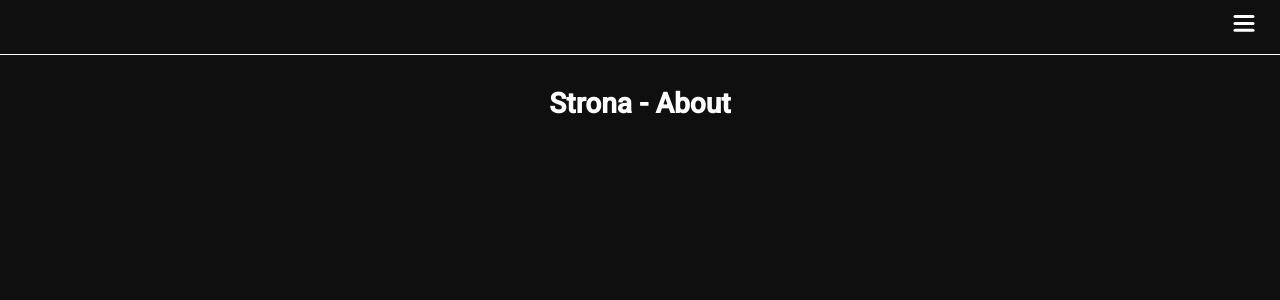
Repository: KrzysKolo/sr_tydzien5_zad3
Page: /About
An editor plug-in stored every save of this project. The page is shown before and after the next save, followed by the edit.
The browser window is 1280 px wide. The pictures show the whole page.
The project was rebuilt for these pictures with package versions that can differ from the ones it lists, and the page was loaded fresh each time. Also part of the build but not shown: src/components/pages/Home.js, src/components/pages/Contact.js, src/components/pages/Products.js.

Above is the page before, as saved 2020-12-31 12:42:49.

### public/index.html
<!DOCTYPE html>
<html lang="en">
  <head>
    <meta charset="utf-8" />
    <link rel="icon" href="%PUBLIC_URL%/favicon.ico" />
    <meta name="viewport" content="width=device-width, initial-scale=1" />
    <meta name="theme-color" content="#000000" />
    <meta
      name="description"
      content="Web site created using create-react-app"
    />
    <link rel="apple-touch-icon" href="%PUBLIC_URL%/logo192.png" />
    <!--
      manifest.json provides metadata used when your web app is installed on a
      user's mobile device or desktop. See https://developers.google.com/web/fundamentals/web-app-manifest/
    -->
    <link rel="manifest" href="%PUBLIC_URL%/manifest.json" />
    <!--
      Notice the use of %PUBLIC_URL% in the tags above.
      It will be replaced with the URL of the `public` folder during the build.
      Only files inside the `public` folder can be referenced from the HTML.

      Unlike "/favicon.ico" or "favicon.ico", "%PUBLIC_URL%/favicon.ico" will
      work correctly both with client-side routing and a non-root public URL.
      Learn how to configure a non-root public URL by running `npm run build`.
    -->
    <link rel="preconnect" href="https://fonts.gstatic.com">
    <link href="https://fonts.googleapis.com/css2?family=Poppins:wght@300;400&family=Roboto:wght@500&display=swap" rel="stylesheet">
    <title>Menu nawigacyjne</title>
  </head>
  <body>
    <noscript>You need to enable JavaScript to run this app.</noscript>
    <div id="root"></div>
    <!--
      This HTML file is a template.
      If you open it directly in the browser, you will see an empty page.

      You can add webfonts, meta tags, or analytics to this file.
      The build step will place the bundled scripts into the <body> tag.

      To begin the development, run `npm start` or `yarn start`.
      To create a production bundle, use `npm run build` or `yarn build`.
    -->
  </body>
</html>

### src/App.js
import React from 'react';
import styled from 'styled-components';
import './App.css';
import { BrowserRouter as Router, Route } from 'react-router-dom';
import Navbar from './components/navbar/Navbar';
import Home from './components/pages/Home';
import Contact from './components/pages/Contact';
import About from './components/pages/About';
import Products from './components/pages/Products';

const AppContainer = styled.div`
  width: 100vw;
  height: 100vh;
  display: flex;
  flex-direction: column;
  align-items: center;
  background-color: rgba(15, 15, 15, 1);
  color: #fff;
`;
const InnerContainer = styled.div`
  width: 100%;
  display: flex;
  flex-direction: column;
  align-items: center;
  padding: 2rem;
`;
const SomeContent = styled.h2`
  color: #fff;
`;
const App = () => {
  return (
    <Router>
      <AppContainer>
        <Navbar />
        <InnerContainer>
          <SomeContent>
            <Route path="/" exact component={Home} />
            <Route path="/About" component={About} />
            <Route path="/Contact" component={Contact} />
            <Route path="/Products" component={Products} />
          </SomeContent>
        </InnerContainer>
      </AppContainer>
    </Router>
  )
}

export default App;

### src/App.css
* {
  box-sizing: border-box;
  padding: 0;
  margin: 0;
}
body {
  font-family: "Roboto", sans-serif;
}

### src/components/navbar/Navbar.js
import React from 'react';
import styled from 'styled-components';
import HamburgerMenu from './../../components/hamburgerMenu/HamburgerMenu';

const NavbarContainer = styled.div`
    width: 100vw;
    height: 55px;
    border-bottom: 1px solid #fff;
    display: flex;
    flex-direction: row-reverse;
    align-items: center;
    padding: 0 1.5rem;
`;
const Navbar = () => {
    return (
        <NavbarContainer>
            <HamburgerMenu />
        </NavbarContainer>
    )
}

export default Navbar;

### src/components/pages/About.js
import React from 'react';

const About = () => {
    return (
        <>
            <h3>Strona - About</h3>
        </>
    )
}

export default About;

### src/components/hamburgerMenu/HamburgerMenu.js
import React, { useState } from 'react';
import styled from 'styled-components';
import MenuToggle from './MenuToggle';
import NavMenu from './NavMenu';
import { motion } from 'framer-motion';
import { FontAwesomeIcon } from '@fortawesome/react-fontawesome';
import { faUserCircle } from '@fortawesome/free-solid-svg-icons';

const HamburgerMenuContainer = styled.div`
    display: flex;
`;

const HamburgerIcon = styled.div`
    color: ${({ reverseColor }) => reverseColor ? "#000" : "#fff"};
    cursor: pointer;
    z-index: 99;
    transition: all 0.25s ease-in-out;
`;

const MenuContainer = styled(motion.div)`
    height: 100%;
    width: 100%;
    max-width: 100%;
    background-color: #fff;
    box-shadow: -2px 0 2px rgba(15, 15, 15, 0.3);
    z-index: 90;
    position: fixed;
    top: 0;
    right: 0;
    transform: translateX(4em);
    user-select: none;
    padding: 1rem 2.5rem;

`;

const TopContainer = styled.div`
    display: flex;
    width: 100%;
`;

const IconContainer = styled.div`
    font-size: 15px;
    color: #555;
    padding-right: 5px;
`;

const LoginButton = styled(motion.button)`
    border: 0;
    background: transparent;
    color: #555;
    display: flex;
    flex-direction: row;
    font-size: 13px;
    font-weight: 700;
    transition: all .25s ease-in-out;
    &:hover {
        color: #666;
    }
    &:focus {
        outline: none;
    }
    &:not(:last-of-type){
        border-right: 1px solid #cecece;
        padding-right: 10px;
        margin-right: 10px;
    }
`;

const ContentContainer = styled.div`
    display: flex;
    flex-direction: column;
    margin-top: 1rem;
`;

const menuTransition = { type: "spring", duration: 1, stiffness: 33, delay: 0.1 }
const menuVariants = {
    open: {
        transform: "translateX(3%)",
    },
    closed: {
        transform: "translateX(103%)",
    },
}

const HamburgerMenu = (props) => {
    const [isOpen, setIsOpen] = useState(false)
    const toggleMenu = () => {
        setIsOpen(!isOpen);
    }
    return (
        <HamburgerMenuContainer>
            <HamburgerIcon>
                <MenuToggle toggle={toggleMenu} isOpen={isOpen} />
            </HamburgerIcon>

            <MenuContainer
            initial={false}
            animate={isOpen ? "open" : "closed"}
            variants={menuVariants}
            transition={menuTransition}>
                <TopContainer>
                    <LoginButton>
                        <IconContainer>
                            <FontAwesomeIcon icon={faUserCircle}/>
                        </IconContainer>
                        LOGIN
                    </LoginButton>
                    <LoginButton>
                        JOIN US
                    </LoginButton>
                </TopContainer>
                <ContentContainer>
                    <NavMenu toggle={toggleMenu}  isOpen={isOpen} />
                </ContentContainer>
            </MenuContainer>

        </HamburgerMenuContainer>
    )
}

export default HamburgerMenu;

### src/components/hamburgerMenu/MenuToggle.js
import { motion } from 'framer-motion';
import React from 'react';
import styled from 'styled-components';

const Button = styled.div`
    z-index: 99;
    cursor: pointer;
`;

const Path = (props) => (
    <motion.path fill="transparent" strokeLinecap="round" strokeWidth="3" {...props} />
)
const transition = { duration: 0.3 };
const MenuToggle = ({ toggle, isOpen }) => {
    return (
        <Button onClick={toggle}>
            <svg width="23" height="23" viewBox="0 0 23 23">
                <Path animate={isOpen ? "open" : "closed"} initial={false}
                variants={{
                    closed: {d: "M 2 2.5 L 20 2.5", stroke: "hsl(0, 0%, 100%)"},
                    open: {d: "M 3 16.5 L 17 2.5", stroke: "hsl(0, 0%, 18%)"},
                }} transition={transition} />
                <Path
                d="M 2 9.423 L 20 9.423"
                stroke="hsl(0, 0%, 100%)"
                animate={isOpen ? "open" : "closed"}
                initial={false}
                variants={{
                    closed: { opacity: 1},
                    open: { opacity: 0 },
                }} transition={transition} />
                <Path
                animate={isOpen ? "open" : "closed"}
                 initial={false}
                variants={{
                    closed: {d: "M 2 16.346 L 20 16.346", stroke: "hsl(0, 0%, 100%)"},
                    open: {d: "M 3 2.5 L 17 16.346", stroke: "hsl(0, 0%, 18%)"},
                }} transition={transition} />
            </svg>

        </Button>
    )
}

export default MenuToggle;

### src/components/hamburgerMenu/NavMenu.js
import React from 'react';
import styled from 'styled-components';
import { motion } from 'framer-motion';
import { NavLink } from 'react-router-dom';

const NavMenuContainer = styled.div`
    width: 100%;
    display: flex;
    flex-direction: column;
`;
const NavList = styled.ul`
    padding: 0 0.8em;
    width: 100%;
    display: flex;
    flex-direction: column;
`;
const NavButton = styled.div`
    background: linear-gradient(90deg, rgba(219,219,219,0.1) 0%, rgba(255,255,255,1)  50%, rgba(219,219,219,0.1) 100%);
    text-align: center;
    line-height: 55px;
    border-bottom: 2px solid rgba(219, 219, 219, .4);
    color: #555;
    font-size: 18px;
    margin-right: 30px;
    font-weight: 600;
    height: 55px;
    transition: all 0.25s ease-in-out;
    &:hover{
        background: linear-gradient(90deg, rgba(255,255,255,1) 0%, rgba(219,219,219,0.1) 50%, rgba(255,255,255,1) 100%);
        color: rgb(255, 0, 0);
    }
`;
const NavLinks = styled(motion.li)`
    border-bottom: 2px solid rgba(219, 219, 219, .4);
    margin-right: 30px;
    font-weight: 600;
    height: 55px;
    display: flex;
    align-items: center;
    cursor: pointer;

    a {
        font-size: 18px;
        color: #444;
        text-decoration: none;
        transition: all 0.2s ease-in-out;
    }
    .active {
        border-left: 6px solid red;
        padding-left: 5px;
}
    &:hover {
        background: linear-gradient(90deg, rgba(255,255,255,1) 0%, rgba(219,219,219,0.1) 50%, rgba(255,255,255,1) 100%);
        border-bottom: 2px solid rgba(219, 219, 219, .2);
        a {
            color: rgba(85, 85, 85, .8);
        }

    }
`;
const variants = {
    show: {
        transform: "translateX(0em)",
        opacity: 1,
    },
    hide: {
        transform: "translateX(5em)",
        opacity: 0,
    },
}
const NavMenu = ({ isOpen, toggle }) => {
    return (
        <NavMenuContainer>
            <NavList>
                <NavLinks
                initial={false}
                animate={ isOpen ? "show" : "hide"}
                variants={{
                    show: {
                         ...variants.show,
                         transition: { delay: 0.3, duration: 0.2},
                        },
                    hide: {
                        ...variants.hide,
                        transition: { delay: 0.05, duration: 0.05 },
                        },
                    }}
    >
                    <NavLink to="/" exact>Home</NavLink>
                </NavLinks>
                <NavLinks
                initial={false}
                animate={ isOpen ? "show" : "hide"}
                variants={{
                    show: {
                         ...variants.show,
                         transition: { delay: 0.4, duration: 0.2},
                        },
                    hide: {
                        ...variants.hide,
                        transition: { delay: 0.1, duration: 0.05 },
                        },
                    }}
    >
                    <NavLink to="/products">Products</NavLink>
                </NavLinks>
                <NavLinks
                initial={false}
                animate={ isOpen ? "show" : "hide"}
                variants={{
                    show: {
                         ...variants.show,
                         transition: { delay: 0.5, duration: 0.2},
                        },
                    hide: {
                        ...variants.hide,
                        transition: { delay: 0.15, duration: 0.05 },
                        },
                    }}
    >
                    <NavLink to="/about">About</NavLink>
                </NavLinks>
                <NavLinks
                initial={false}
                animate={ isOpen ? "show" : "hide"}
                variants={{
                    show: {
                         ...variants.show,
                         transition: { delay: 0.6, duration: 0.2},
                        },
                    hide: {
                        ...variants.hide,
                        transition: { delay: 0.2, duration: 0.05 },
                        },
                    }}
    >
                    <NavLink to="/contact">Contact</NavLink>
                </NavLinks>
                <NavButton onClick={toggle}>Close</NavButton>

            </NavList>
        </NavMenuContainer>

    )
}

export default NavMenu;

Loaded but not shown: src/index.js (common file); src/index.css (common file)

After the next save:
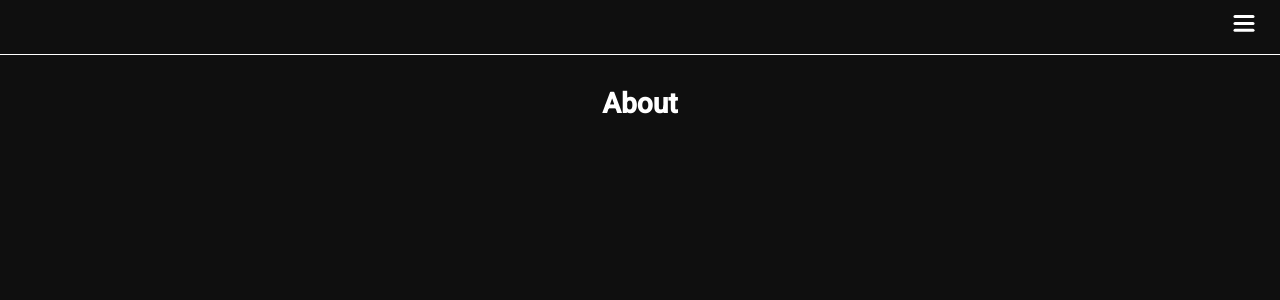
Saved 6 s later.
--- a/src/components/pages/About.js
+++ b/src/components/pages/About.js
@@ -3,7 +3,7 @@ import React from 'react';
 const About = () => {
     return (
         <>
-            <h3>Strona - About</h3>
+            <h3>About</h3>
         </>
     )
 }
